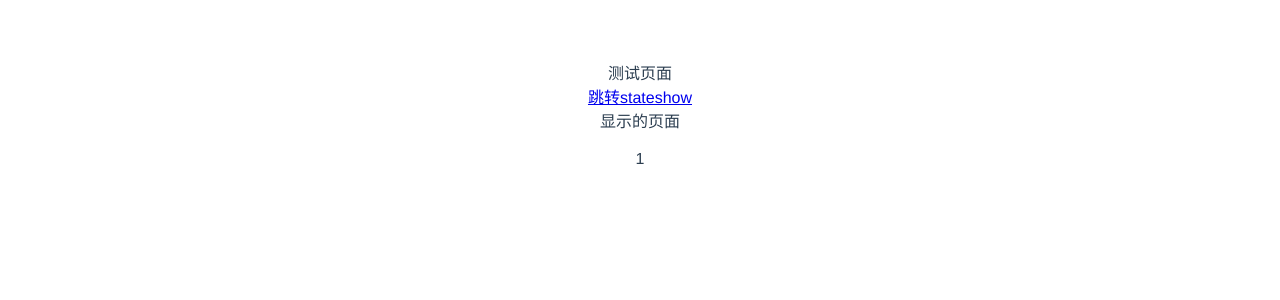
Repository: tianyige21/course-vue
Page: /#/test
An editor plug-in stored every save of this project. The page is shown before and after the next save, followed by the edit.
The browser window is 1280 px wide. The pictures show the whole page.
The project was rebuilt for these pictures with package versions that can differ from the ones it lists, and the page was loaded fresh each time. Also part of the build but not shown: vue.config.js, src/views/home.vue.

Above is the page before, as saved 2021-10-21 16:57:52.

### src/main.js
import Vue from 'vue'
import App from './App.vue'
import router from '../src/router'
import store from '@/store/index.js'
import axios from 'axios'
import ElementUI from 'element-ui'
import "element-ui/lib/theme-chalk/index.css";


Vue.config.productionTip = false


Vue.prototype.$axios = axios

Vue.use(ElementUI)

new Vue({
  render: h => h(App),
  router,
  store
}).$mount('#app')

### src/App.vue
<template>
  <div id="app">
    <!-- 这个是 -->
    <router-view></router-view>
  </div>
</template>

<script>
export default {
  name: 'App',
  components: {
  }
}
</script>

<style>
#app {
  font-family: Avenir, Helvetica, Arial, sans-serif;
  -webkit-font-smoothing: antialiased;
  -moz-osx-font-smoothing: grayscale;
  text-align: center;
  color: #2c3e50;
  margin-top: 60px;
}
</style>

### src/router/index.js


import Vue from 'vue'
import Router from 'vue-router'
import Test from '@/views/test.vue';
import Home from '@/views/home.vue'
// import MachineData from '@/views/machineData.vue'

Vue.use(Router)

export default new Router({
  routes: [{
    path: '/',
    name: 'Home',
    component: Home
    /***
     * path    定义具体路径
     * name  设置名称
     * component  具体组件，通过import 引入相应文件
     * redirect  重定向，访问/test，URL直接跳转至 /XXXX （对应的页面）
     * alias  别名 访问/demo2 URL保持不变，实际访问 /test
     */
  },
  {
    path: '/test',
    name: 'test',
    component: Test,
    alias:'/demo2'
  },
  {
    path: '/machinedata',
    name: 'machineData',
    component:() => import('../views/machineData.vue') //
  },
  {
    path: '/stateshow',
    name: 'stateshow',
    component: ()=>import('../views/stateshow.vue'),
  }]
})

### src/store/index.js
import Vue from 'vue'
import Vuex from 'vuex'

Vue.use(Vuex)

export default new Vuex.Store({
  state: {
    count:1
  },
  mutations: {
     increment (state) {
      // 变更状态
      state.count++
    }
  },
  actions: {
    increment(context){
      context.commit('increment')
    }
  },
  modules: {},
})

### src/views/test.vue
<!--  -->
<template>
  <div>
    测试页面
    <br />
    <router-link :to="{ path: '/stateshow' }">跳转stateshow</router-link>
    <div v-show="state">
       显示的页面
    </div>
    <br />
    {{count}}
  </div>
</template>

<script>
export default {
  name: 'Test',
  props: {

  },
  data () {
    return {
      state:true
    }
  },
  components: {

  },
  computed: {
    count () {
      return this.$store.state.count
    }
  },
  watch: {

  },
  methods: {

  },
  beforeMount () {

  },
  mounted () {

  },
  activated () {

  }
}
</script>
<style  >
/* @import url(); 引入css类 */
</style>

Loaded but not shown: public/index.html (common file)

After the next save:
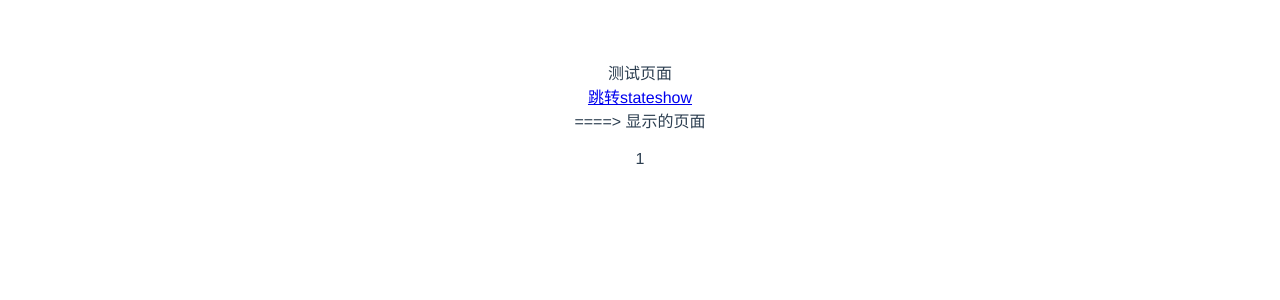
Saved 8 s later.
--- a/src/views/test.vue
+++ b/src/views/test.vue
@@ -5,7 +5,7 @@
     <br />
     <router-link :to="{ path: '/stateshow' }">跳转stateshow</router-link>
     <div v-show="state">
-       显示的页面
+      ====> 显示的页面
     </div>
     <br />
     {{count}}
